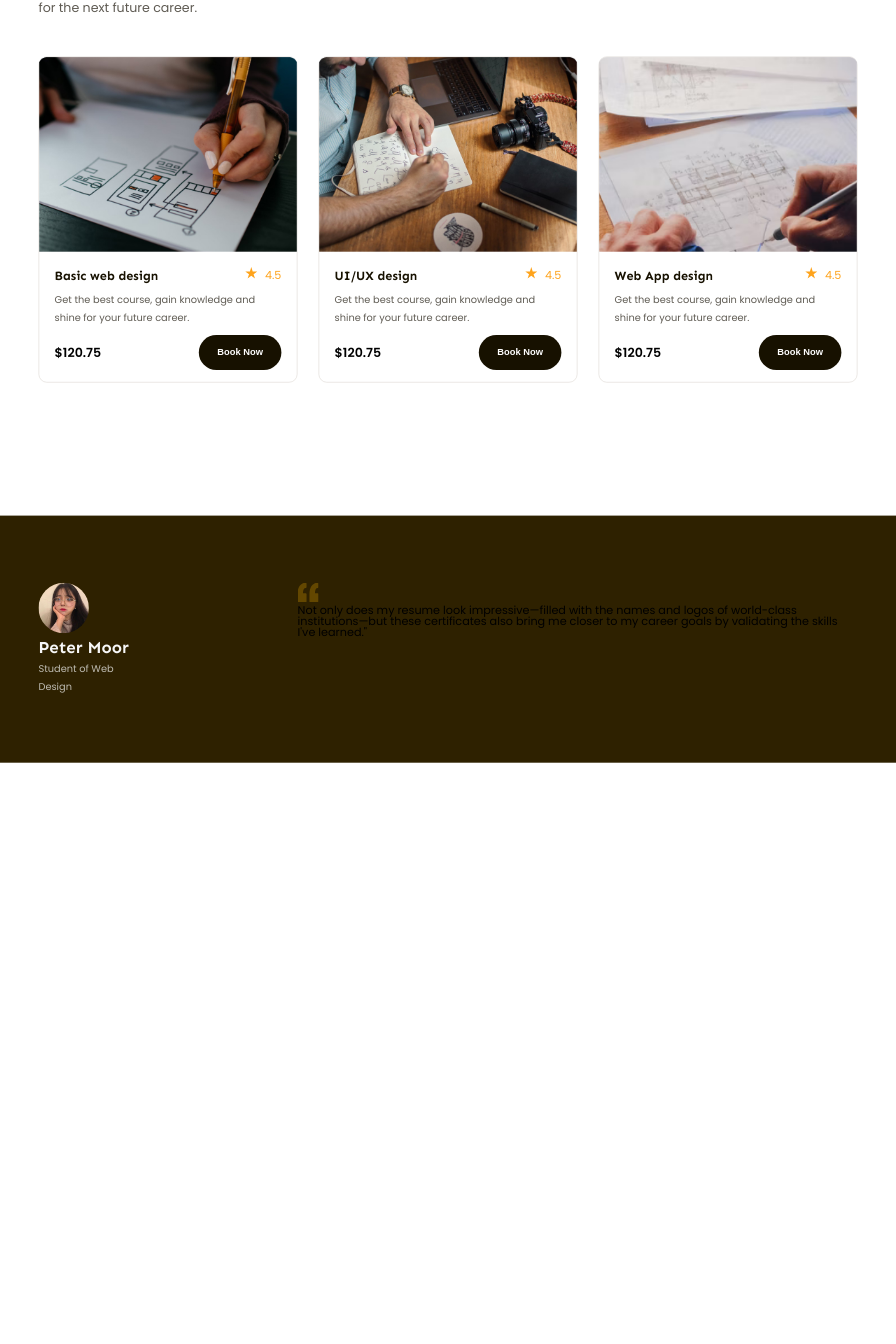
Repository: Toihoclaptrinh/duan1_figma
Page: index.html
The author's editor kept a copy of each file at every save. The page is drawn from the files as they stood at one save, then again after the next save.
The browser window is 1280 px wide. The pictures show the part of the page from y = 1202 to 3122 px (the page is 10000 px tall), at 70% of full size.

Above is the page before, as saved 2024-02-10 00:33:35.

After the next save:
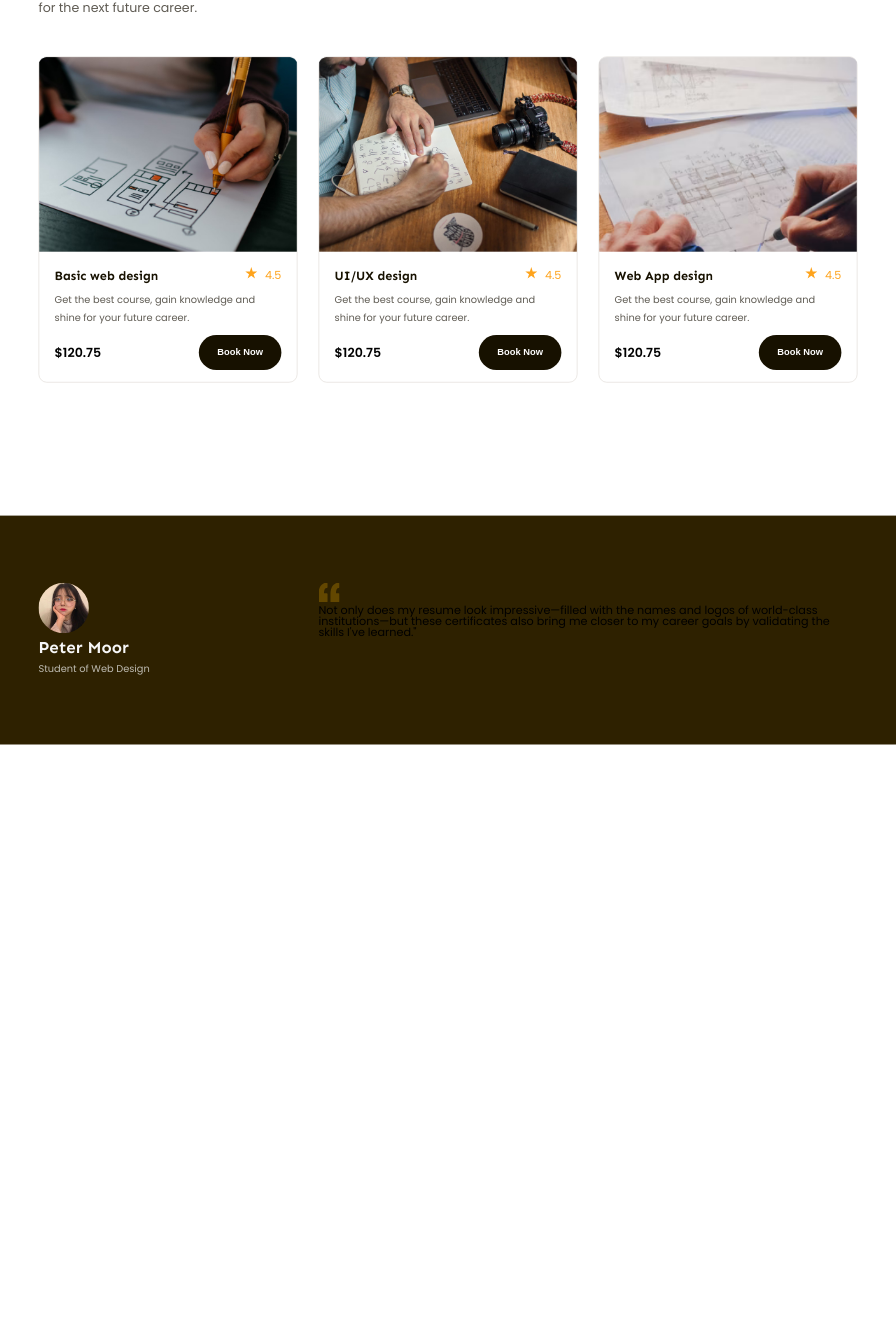
Saved 42 s later.
--- a/assets/css/style.css
+++ b/assets/css/style.css
@@ -444,6 +444,7 @@ a {
   font-weight: 400;
   line-height: 1.86;
   color: #bfbcb2;
+  white-space: nowrap;
 }
 .feedback .describe {
   margin-left: 241px;
